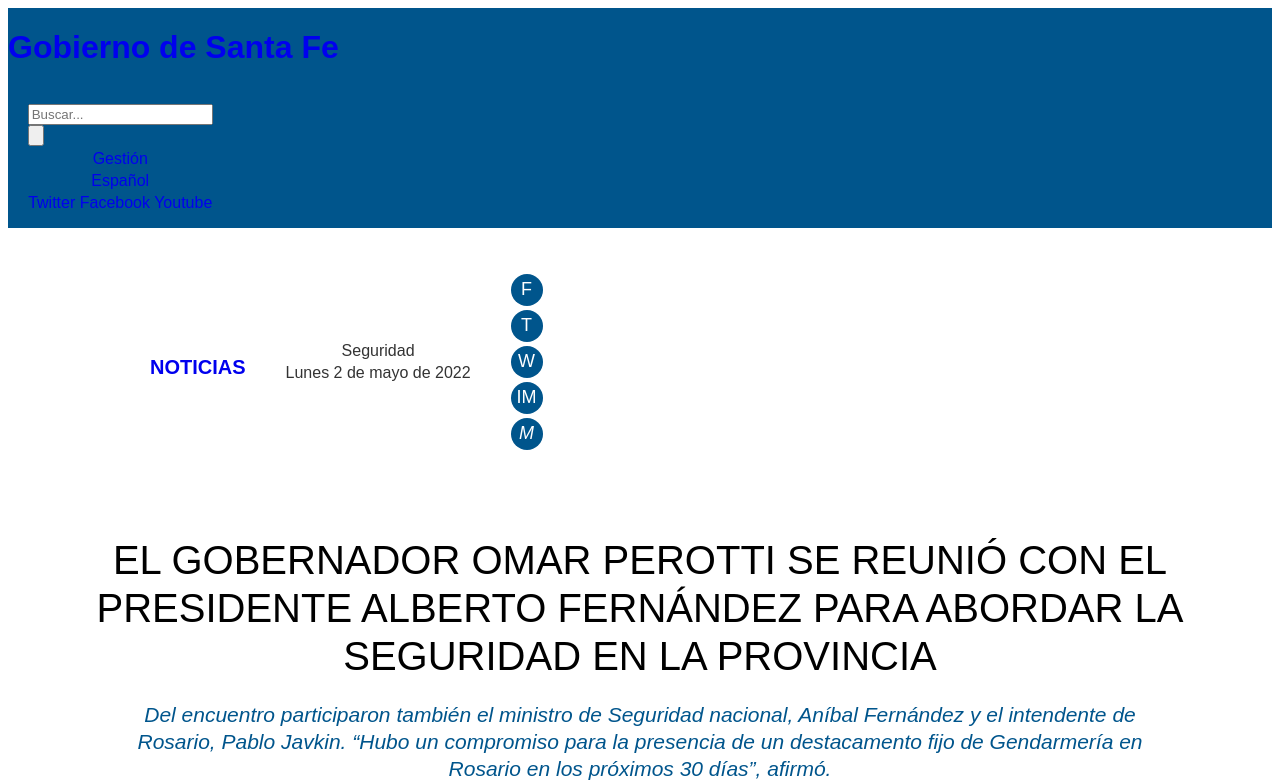
Repository: Larrowo/LPPA
Page: Clase 4/index.html
The author's editor kept a copy of each file at every save. The page is drawn from the files as they stood at one save, then again after the next save.
The browser window is 1280 px wide. The pictures show the part of the page from y = 0 to 784 px (the page is 2875 px tall before and 2885 px after).
A picture or video elsewhere on the page could not be fetched, so the positions and the page height are approximate.

Above is the page before, as saved 2022-05-03 14:13:20.

### Clase 4/index.html
<!DOCTYPE html>
<html lang="en">
<head>
    <meta charset="UTF-8">
    <meta http-equiv="X-UA-Compatible" content="IE=edge">
    <meta name="viewport" content="width=device-width, initial-scale=1.0">
    <title>Document</title>
    <link rel="stylesheet" href="/style.css">
</head>
<body>
    <script>
        function alerta(){
            alert("No sirve este botón :(");
        }
    </script>
    <header id="site-header" class="">
        <div class="container">
            <h1 class="logo logo--sf-header"><a href="https://www.santafe.gob.ar/">Gobierno de Santa Fe</a></h1>
            <a href="#" class="btn-hamburger"><span></span></a>
            <nav class="nav-header">
                <ul class="menu-header">
                     <li class="search-header">
                        <a href="#" class="open-search"><i class="icon-search"></i></a>
                        <form action="/searchgoogle" class="search-form">
                              <input id="q" type="text" placeholder="Buscar..." class="input-search" name="q">
                              <input type="submit" class="submit-search" value="">
                        </form>
                    </li>
                    <!--/search-header-->
                    <li class="gestion dropdown">
                        <a href="#" class="btn-dropdown"><i class="icon-menu"></i><span>Gestión</span></a>
                        <div class="dropdown-menu">
                            <ul>
                                                    <li><a href="http://www.santafe.gob.ar/index.php/web/content/view/full/93661" target="_blank">La provincia</a></li>
                                                    <li><a href="http://www.santafe.gob.ar/index.php/web/content/view/full/93670" target="_blank">Organización del Estado</a></li>
                                                    <li><a href="http://www.santafe.gob.ar/index.php/web/content/view/full/93695" target="_blank">Personal del Estado</a></li>
                                                    <li><a href="http://www.santafe.gob.ar/index.php/web/content/view/full/121711" target="_blank">Educación</a></li>
                                                    <li><a href="http://www.santafe.gob.ar/index.php/web/content/view/full/93702" target="_blank">Cultura</a></li>
                                                    <li><a href="http://www.santafe.gob.ar/index.php/web/content/view/full/93747" target="_blank">Desarrollo Social</a></li>
                                                    <li><a href="http://www.santafe.gob.ar/index.php/web/content/view/full/93760" target="_blank">Trabajo</a></li>
                                                    <li><a href="http://www.santafe.gob.ar/index.php/web/content/view/full/93779" target="_blank">Economía</a></li>
                                                    <li><a href="http://www.santafe.gob.ar/index.php/web/content/view/full/93790" target="_blank">Producción, Ciencia y Tecnología</a></li>
                                                    <li><a href="http://www.santafe.gob.ar/index.php/web/content/view/full/93796" target="_blank">Salud</a></li>
                                                    <li><a href="http://www.santafe.gob.ar/index.php/web/content/view/full/93805" target="_blank">Gobierno, Justicia y Derechos Humanos</a></li>
                                                    <li><a href="http://www.santafe.gob.ar/index.php/web/content/view/full/93815" target="_blank">Seguridad</a></li>
                                                    <li><a href="http://www.santafe.gob.ar/index.php/web/content/view/full/93822" target="_blank">Infraestructura, Servicios Públicos y Hábitat</a></li>
                                                    <li><a href="http://www.santafe.gob.ar/index.php/web/content/view/full/102676" target="_blank">Ambiente y Cambio Climático</a></li>
                                                    <li><a href="http://www.santafe.gob.ar/index.php/web/content/view/full/102282" target="_blank">Impuestos</a></li>
                                                    <li><a href="http://www.santafe.gob.ar/index.php/web/content/view/full/102677" target="_blank">Jubilaciones y Pensiones</a></li>
                                                    <li><a href="http://www.santafe.gob.ar/index.php/web/content/view/full/234992" target="_blank">Pensiones Ley 5110</a></li>
                                                    <li><a href="http://www.santafe.gob.ar/index.php/web/content/view/full/211141" target="_blank">Gestión Pública</a></li>
                                                    <li><a href="http://www.santafe.gob.ar/index.php/web/content/view/full/235832" target="_blank">Igualdad, Género y Diversidad</a></li>
                                                    <li><a href="http://www.santafe.gob.ar/index.php/web/content/view/full/243158" target="_blank">Catastro</a></li>

                            </ul>
                        </div>
                    </li>
                    <!--/gestion-->

                    <li class="idioma dropdown">
                        <a href="#" class="btn-dropdown">Español</a>
                        <div class="dropdown-menu">
                        <ul>
                            <li><a href="/noticias/">Español</a></li>
                            <li><a href="/noticias/pt/">Portugues</a></li>
                            <li><a href="/noticias/en/">English</a></li>
                        </ul>
                        </div>
                    </li>
                    <!--/idioma-->

                    <li class="social-header">
                        <a href="http://www.twitter.com/GobSantaFe" target="_blank"><i class="icon-tw"></i>Twitter</a>
                        <a href="http://www.facebook.com/GobSantaFe" target="_blank"><i class="icon-fb"></i>Facebook</a>
                        <a href="http://www.youtube.com/GobSantaFe" target="_blank"><i class="icon-yt"></i>Youtube</a>
                    </li>
                    <!--/social-header-->
                </ul>
                <!--/menu-header-->
            </nav>
            <!--/nav-header-->
        </div>
        <!--/container-->
    </header>
    <div id="top-post" class="top-post-divider">
        <div class="container">
            <h2 class="title-page"><a href="https://www.santafe.gov.ar/noticias/">Noticias</a></h2>
            <ul class="article-data">
                <li><span class="article-categorie">Seguridad</span></li>
                <li><span class="article-time">Lunes 2 de mayo de 2022</span></li>
            </ul>
            <div class="social-share social-post">
                <ul>
                        <li>
                            <a href="#" onclick="window.open('https://www.facebook.com/sharer.php?u=http%3A%2F%2Fwww.santafe.gob.ar%2Fnoticias%2Fnoticia%2F274554&amp;display=popup&amp;ref=plugin&amp;src=like','facebook_share', 'height=325, width=580, toolbar=no, menubar=no, scrollbars=no, resizable=no, location=no, directories=no, status=no')"><i class="icon-fb-alt"></i>F</a>
                        </li>
                        <li>
                            <a href="https://twitter.com/intent/tweet?original_referer=http%3A%2F%2Fwww.santafe.gob.ar%2Fnoticias%2Fnoticia%2F274554%2F&amp;text=El gobernador Omar Perotti se reunió con el presidente Alberto Fernández para abordar la seguridad en la provincia&amp;via=gobsantafe&amp;url=http%3A%2F%2Fwww.santafe.gob.ar%2Fnoticias%2Fnoticia%2F274554%2F"><i class="icon-tw-alt"></i>T</a>
                        </li>
                        <li>
                            <a href="https://api.whatsapp.com/send?text=Mir%C3%A1%20esta%20noticia%20de%20la%20Provincia%20de%20Santa%20Fe:%20https://www.santafe.gob.ar/noticias/noticia/274554/" target="_blank"><i class="icon-whatsapp"></i>W</a>
                        </li>
                        <li>
                            <a href="#" onclick="alerta()"><i class="icon-print"></i>IM</a>
                        </li>
                        <li>
                            <a href="mailto:?subject=El gobernador Omar Perotti se reunió con el presidente Alberto Fernández para abordar la seguridad en la provincia&amp;body=https://www.santafe.gob.ar/noticias/noticia/274554/"><i class="icon-mail">M</i></a>
                        </li>
                </ul>
            </div>
        </div>
        <!--/container-->
    </div>
    <section id="header-post">
        <div class="container">
            <div class="box-header">
                <h2 class="title-post">El gobernador Omar Perotti se reunió con el presidente Alberto Fernández para abordar la seguridad en la provincia</h2>
                <p class="headline-post">Del encuentro participaron también el ministro de Seguridad nacional, Aníbal Fernández y el intendente de Rosario, Pablo Javkin. “Hubo un compromiso para la presencia de un destacamento fijo de Gendarmería en Rosario en los próximos 30 días”, afirmó.</p>
            </div>
            <div class="image-post">
                <img src="https://www.santafe.gov.ar/noticias/media/cache/thumb_no_full/recursos/fotos/2022/05/2022-05-02NID_274554O_1.jpeg" alt="">
                <!-- <div class="caption-image">
                    <p>El gobernador Omar Perotti se reunió con el presidente Alberto Fernández para abordar la seguridad en la provincia.</p>
                </div>	 -->
            </div>
            <!--/image-post-->
        </div>
        <!--/container-->
    </section>
    <div id="content-post">

        <div class="container">
            <div class="social-share social-fixed">
                <div class="inner-wrapper-sticky" style="position: relative;">
                    <ul>
                            <li>
                                        <a href="#" onclick="window.open('https://www.facebook.com/sharer.php?u=http%3A%2F%2Fwww.santafe.gob.ar%2Fnoticias%2Fnoticia%2F274554&amp;display=popup&amp;ref=plugin&amp;src=like','facebook_share', 'height=325, width=580, toolbar=no, menubar=no, scrollbars=no, resizable=no, location=no, directories=no, status=no')"><i class="icon-fb-alt"></i>F</a>
                            </li>
                            <li>
                                        <a href="https://twitter.com/intent/tweet?original_referer=http%3A%2F%2Fwww.santafe.gob.ar%2Fnoticias%2Fnoticia%2F274554%2F&amp;text=El gobernador Omar Perotti se reunió con el presidente Alberto Fernández para abordar la seguridad en la provincia&amp;via=gobsantafe&amp;url=http%3A%2F%2Fwww.santafe.gob.ar%2Fnoticias%2Fnoticia%2F274554%2F"><i class="icon-tw-alt"></i>T</a>
                            </li>
                            <li>
                                        <a href="https://api.whatsapp.com/send?text=Mir%C3%A1%20esta%20noticia%20de%20la%20Provincia%20de%20Santa%20Fe:%20https://www.santafe.gob.ar/noticias/noticia/274554/" target="_blank"><i class="icon-whatsapp"></i>W</a>
                            </li>
                            <li>
                                        <a href="#" onclick="alerta()"><i class="icon-print"></i>IM</a>
                            </li>
                            <li>
                                        <a href="mailto:?subject=El gobernador Omar Perotti se reunió con el presidente Alberto Fernández para abordar la seguridad en la provincia&amp;body=https://www.santafe.gob.ar/noticias/noticia/274554/"><i class="icon-mail"></i>M</a>
                            </li>
                    </ul>
                </div>
            </div>
        </div>
        <!--/container-->

        <div class="entry">
            <p>
                        El gobernador de Santa Fe, Omar Perotti, se reunió este lunes por la tarde con el presidente de la Nación, Alberto Fernández en Casa Rosada, para abordar diversas cuestiones relacionadas a la seguridad en la provincia.</p>

    <p>Tras el encuentro, del que formaron parte también el ministro de Seguridad de la Nación, Aníbal Fernández, y el intendente de Rosario, Pablo Javkin, Perotti afirmó: “La provincia de Santa Fe siente la necesidad de coordinar la presencia de más fuerzas federales en territorio, una acción de la justicia federal más sólida y tener acompañamiento en terrenos de trabajo que el gobierno nacional tiene para aportar en el mejoramiento de muchos de los sectores y barrios donde están las zonas más difíciles del delito”.</p>

    <p>“Estos temas no son nuevos – agregó el gobernador-&nbsp; porque el presidente ha marcado un compromiso para afrontar la situación, definiendo que la Argentina no puede permitir que estos hechos de violencia pasen en su territorio. Y esa definición nos parece central”.</p>

    <p>Asimismo, Perotti aseguró que “no tenemos como provincia la magnitud para enfrentar lo que está ocurriendo en nuestro territorio y necesitamos que todos los argentinos comprendan esa prioridad de presencia en la ciudad de Rosario y Santa Fe”. Y al respecto sumó que “ha habido el compromiso de la presencia de un destacamento fijo de Gendarmería en la ciudad de Rosario que será puesto en marcha en los próximos 30 días con un comandante a cargo de todas las operaciones en el territorio y con los primeros 300 gendarmes para integrar ese equipo”.</p>

    <p>Respecto a ello, el mandatario santafesino consideró “clave para trabajar de la mejor manera con las fuerzas provinciales y en coordinación con el Municipio en la mesa territorial de seguridad desplegada desde el inicio de la gestión”.</p>

    <p><strong>TRABAJO ENTRE NACIÓN, PROVINCIA Y MUNICIPIOS SIN GRIETAS </strong></p>

    <p>Más adelante, el gobernador santafesino aseguró que “son muchos años, mucha acumulación de tiempo y de situaciones que entendemos y queremos abordar de manera diferente”. Y en el mismo sentido, reconoció que “las distintas fuerzas políticas, entidades de la producción, del trabajo, las organizaciones sociales, las parroquias, los pastores, las iglesias, todos están con una preocupación y con un deseo de trabajar de forma conjunta para bajar los niveles de violencia, y en eso, la decisión de que estemos acá, los dos juntos, no es una instancia excepcional, todo lo contrario, así trabajamos en la provincia de Santa Fe, junto a cada intendente, y donde queremos que cada uno de los municipios tenga una creciente participación en la política de seguridad ciudadana”.</p>

    <p>“El trabajo entre Nación, Provincia y Municipios no tiene que tener grietas – aseguró Perotti. Los tiempos y los compromisos a cumplir serán claves con la llegada de un comandante para ayudar a coordinar las fuerzas federales y hacer mucho más operativos y procedimientos. Pero necesitamos trasladarle al resto de la ciudadanía la necesidad de que hay un acompañamiento permanente, que no es aislado, que no es esporádico, que ese destacamento de la Gendarmería es algo efectivo que pueden verlo todos, que está radicado y que está en marcha”.</p>

    <p><strong>REFORZAR LA JUSTICIA FEDERAL</strong></p>

    <p>Asimismo, Perotti manifestó que “el presidente asumió el compromiso de tomar un proyecto común de refuerzo y creación de juzgados y fiscalías de la Justicia Federal para Santa Fe. Existe un proyecto común que diputados de la provincia están trabajando y está el compromiso del presidente para que ese proyecto pueda ser enviado a la Cámara para su tratamiento, siendo específico para reforzar la Justicia Federal en nuestra provincia”.</p>

    <p>“Es una necesidad de todo Santa Fe pero también de todos los argentinos porque no queremos que lo que pasa en nuestra provincia se expanda a otras provincias”, subrayó el gobernador y sumó que “la Nación entiende la prioridad reforzar la Justicia por lo que está viviendo en la coyuntura y no quiere que se expanda al resto del país; y en esto se necesita de todas las fuerzas políticas para acompañar esa nueva realidad de una Justicia Federal con mucha más presencia”.</p>

    <p><strong>PASO FUNDAMENTAL</strong></p>

    <p>Por su parte, Javkin manifestó que además abordaron “la situación carcelaria. Gran parte de los hechos, más del 90%, tiene que ver con una organización desde personas que están cumpliendo condenas, lo que resulta una situación que claramente merece una respuesta”.</p>

    <p>Además, refirió que trataron “acelerar los procesos de urbanización porque cambiar el tejido de las ciudades hace a la seguridad ciudadana pero fundamentalmente tener una autoridad con quien coordinar donde y como se despliegan esas fuerzas federales que hoy tenemos en territorio. Creo que la necesidad de un comando unificado qué se resolvería dentro de esta semana es un paso fundamental y es lo que hemos planteado también en concreto hoy”.</p>

    <p>Por último, señaló: “Siempre en estas situaciones hay más expectativas por los resultados efectivos, pero hubo puntos muy directos: la designación de un comandante; el establecimiento en este nuevo plazo del destacamento; la ley que podría generar designaciones de juzgados federales; la situación del sistema carcelario de presos federales en la provincia y los procesos de urbanización de barrios, fueron los cinco puntos estratégicos”, concluyó.</p>

    <p></p>

    <p></p>

        </div>
        <!--entry-->

    </div>
</body>
</html>

### Clase 4/style.css
body {
  background-color: #fff;
  font-family: "Poppins", sans-serif;
  color: #333;
}

ul {
  display: flex;
  align-items: center;
  justify-content: center;
  list-style: none;
  flex-direction: column;
  gap: 0.25rem;
}

a {
  text-decoration: none;
}

li {
  text-decoration: none;
}

strong {
  margin: 0;
  padding: 0;
  border: 0;
  outline: 0;
  font-size: 100%;
  vertical-align: baseline;
  background: transparent;
}

p,
h2 {
  display: block;
  margin-block-start: 1em;
  margin-block-end: 1em;
  margin-inline-start: 0px;
  margin-inline-end: 0px;
}

h2 {
  font-size: 20px;
  text-transform: uppercase;
  font-weight: 700;
  margin-bottom: 10px;
  line-height: 120%;
  color: #000;
}

#top-post.top-post-divider .container {
  position: relative;
  max-width: 980px;
  margin-left: auto;
  margin-right: auto;
}



 #top-post .container{
  padding-top: 30px;
  padding-bottom: 30px;
  display: flex;
  -webkit-box-align: center;
  -ms-flex-align: center;
  align-items: center;
}

#site-header {
  display: flex;
  align-items: baseline;
  gap: 1rem;
  font-family: "Poppins", sans-serif;
  background-color: #00558c;
}

#site-header .nav-header {
  width: calc(100% - 126px);
  z-index: 2;
  -webkit-box-shadow: none;
  box-shadow: none;
  height: auto;
  background: transparent;
  position: static;
  display: flex;
  -webkit-box-pack: end;
  -ms-flex-pack: end;
  justify-content: flex-end;
}

#header-post {
  font-family: "Poppins", sans-serif;
  font-size: 40px;
  text-align: center;
  padding-bottom: 50px;
}

#header-post .title-post {
  font-size: 40px;
  margin-bottom: 20px;
  text-align: center;
  font-weight: 300;
  text-transform: uppercase;
  line-height: 120%;
  color: #000;
}

#header-post .headline-post {
  font-size: 21px;
  line-height: 130%;
  padding: 0 100px;
  color: #00558c;
  font-weight: 300;
  font-style: italic;
}

#content-post {
  display: flex;
  justify-content: center;
}

.entry {
  text-align: left;
}

.entry p {
  color: #333333;
  width: 100%;
  max-width: 980px;
  margin: 0 auto 20px auto;
  font-weight: 300;
  font-size: 18px;
  line-height: 150%;
  padding: 0 100px;
  font-family: "Poppins", sans-serif;
}

.social-share ul li a {
  pointer-events: all;
  display: flex;
  -webkit-box-align: center;
  -ms-flex-align: center;
  align-items: center;
  -webkit-box-pack: center;
  -ms-flex-pack: center;
  justify-content: center;
  width: 32px;
  height: 32px;
  border-radius: 50%;
  background-color: #00558c;
  color: #fff;
  font-size: 18px;
  -webkit-transition: all 0.2s ease;
  -o-transition: all 0.2s ease;
  transition: all 0.2s ease;
}

.inner-wrapper-sticky {
  position: sticky;
}

/* Dropdown menu configuracion */

.gestion.dropdown {
  position: relative;
}

.dropdown-menu a {
  color: white;
}

.dropdown-menu {
  position: absolute;
  padding: 0.75rem;
  border-radius: 0.25rem;
  box-shadow: 0 1px 5px rgb(0 0 0 / 20%);
  opacity: 0;
  transform: translateY(-10px);
  transition: opacity 150ms ease-in-out, transform 150ms ease-in-out;
  pointer-events: none;
  background-color: black;
}

.gestion.dropdown > .btn-dropdown:focus + .dropdown-menu {
  opacity: 1;
  transform: translateY(0);
  pointer-events: auto;
}

.idioma.dropdown > .btn-dropdown:focus + .dropdown-menu {
  opacity: 1;
  transform: translateY(0);
  pointer-events: auto;
}

After the next save:
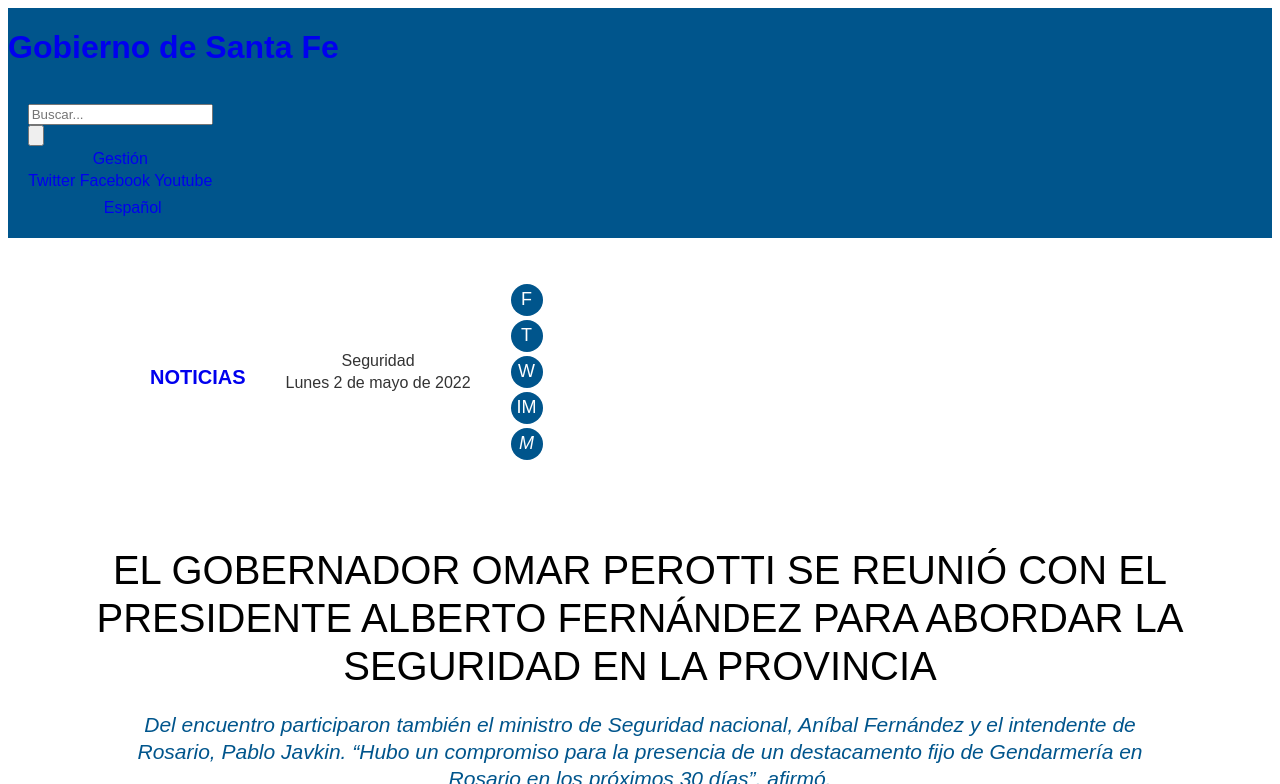
Saved 2 min 37 s later.
--- a/Clase 4/style.css
+++ b/Clase 4/style.css
@@ -48,25 +48,6 @@
   line-height: 120%;
   color: #000;
 }
-
-#top-post.top-post-divider .container {
-  position: relative;
-  max-width: 980px;
-  margin-left: auto;
-  margin-right: auto;
-}
-
-
-
- #top-post .container{
-  padding-top: 30px;
-  padding-bottom: 30px;
-  display: flex;
-  -webkit-box-align: center;
-  -ms-flex-align: center;
-  align-items: center;
-}
-
 #site-header {
   display: flex;
   align-items: baseline;
@@ -88,6 +69,32 @@
   -ms-flex-pack: end;
   justify-content: flex-end;
 }
+
+#site-header .nav-header .menu-header>li.idioma {
+    padding: 5px 0 5px 25px;
+    -webkit-box-ordinal-group: 5;
+    -ms-flex-order: 4;
+    order: 4;
+}
+
+#top-post.top-post-divider .container {
+  position: relative;
+  max-width: 980px;
+  margin-left: auto;
+  margin-right: auto;
+}
+
+
+
+ #top-post .container{
+  padding-top: 30px;
+  padding-bottom: 30px;
+  display: flex;
+  -webkit-box-align: center;
+  -ms-flex-align: center;
+  align-items: center;
+}
+
 
 #header-post {
   font-family: "Poppins", sans-serif;

After the save that followed:
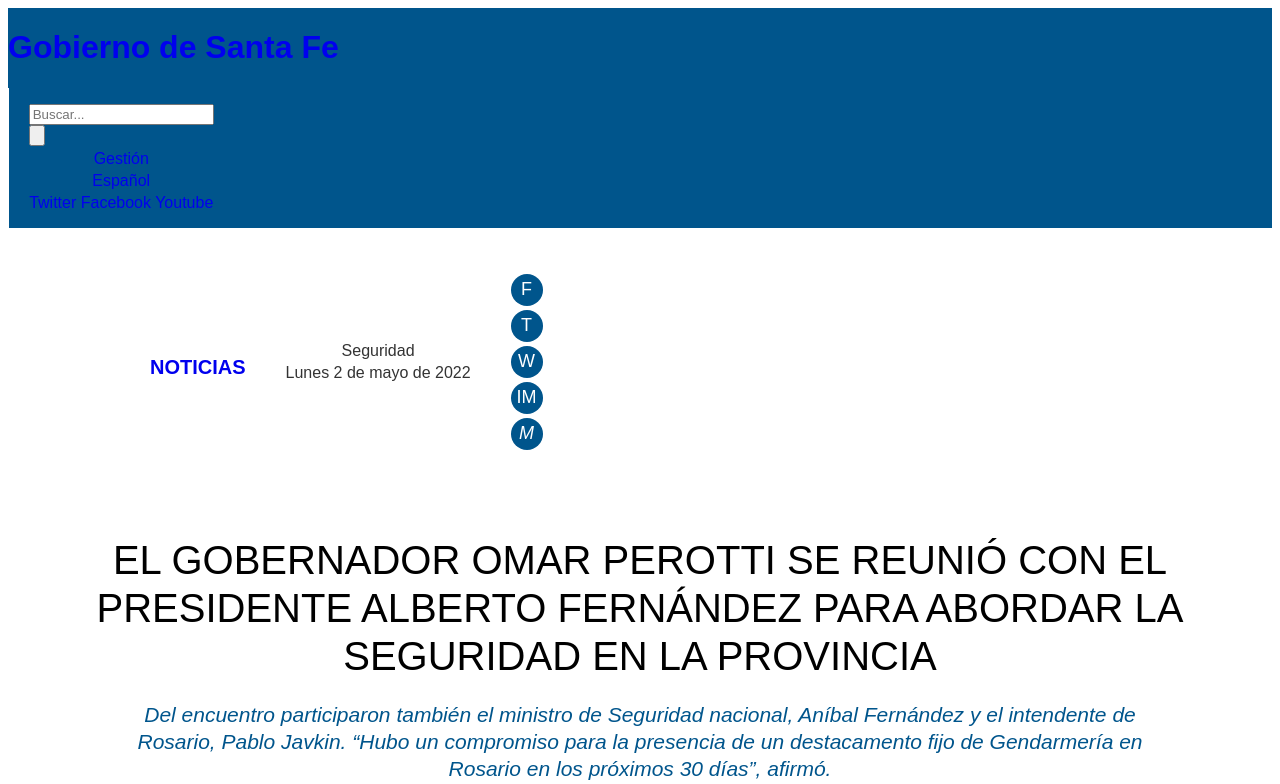
Saved 81 s later.
--- a/Clase 4/style.css
+++ b/Clase 4/style.css
@@ -68,14 +68,10 @@
   -webkit-box-pack: end;
   -ms-flex-pack: end;
   justify-content: flex-end;
+  border-left:1px solid white;
 }
 
-#site-header .nav-header .menu-header>li.idioma {
-    padding: 5px 0 5px 25px;
-    -webkit-box-ordinal-group: 5;
-    -ms-flex-order: 4;
-    order: 4;
-}
+
 
 #top-post.top-post-divider .container {
   position: relative;
